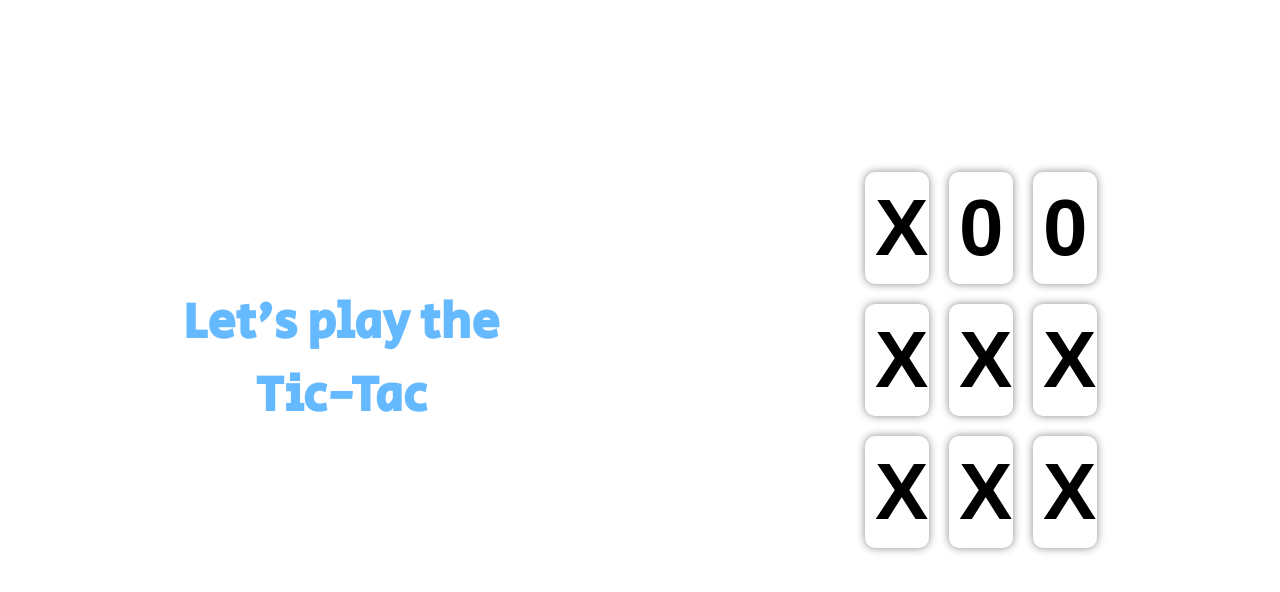
Repository: evergreenx/tic-tac
Page: /
These files come from the project's save history. The page is drawn as it stood at one moment and after the next save; the edit follows.
The browser window is 1280 px wide. The pictures show the whole page.
The project was rebuilt for these pictures with package versions that can differ from the ones it lists, and the page was loaded fresh each time.

Above is the page before, as saved 2022-04-20 19:54:40.

After the next save:
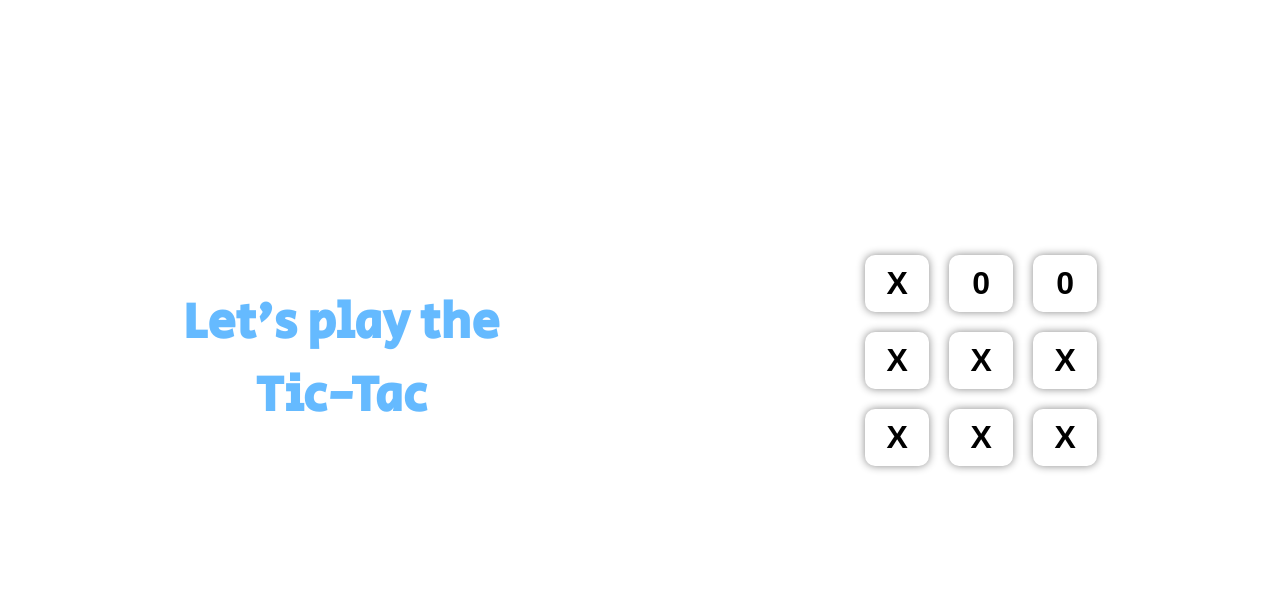
Saved 11 s later.
--- a/src/components/Board/Board.scss
+++ b/src/components/Board/Board.scss
@@ -4,7 +4,7 @@
   grid-gap: 20px;
 
   button {
-    font-size: 5em;
+    font-size: 2em;
     font-weight: 800;
     padding: 10px;
     border: none;
